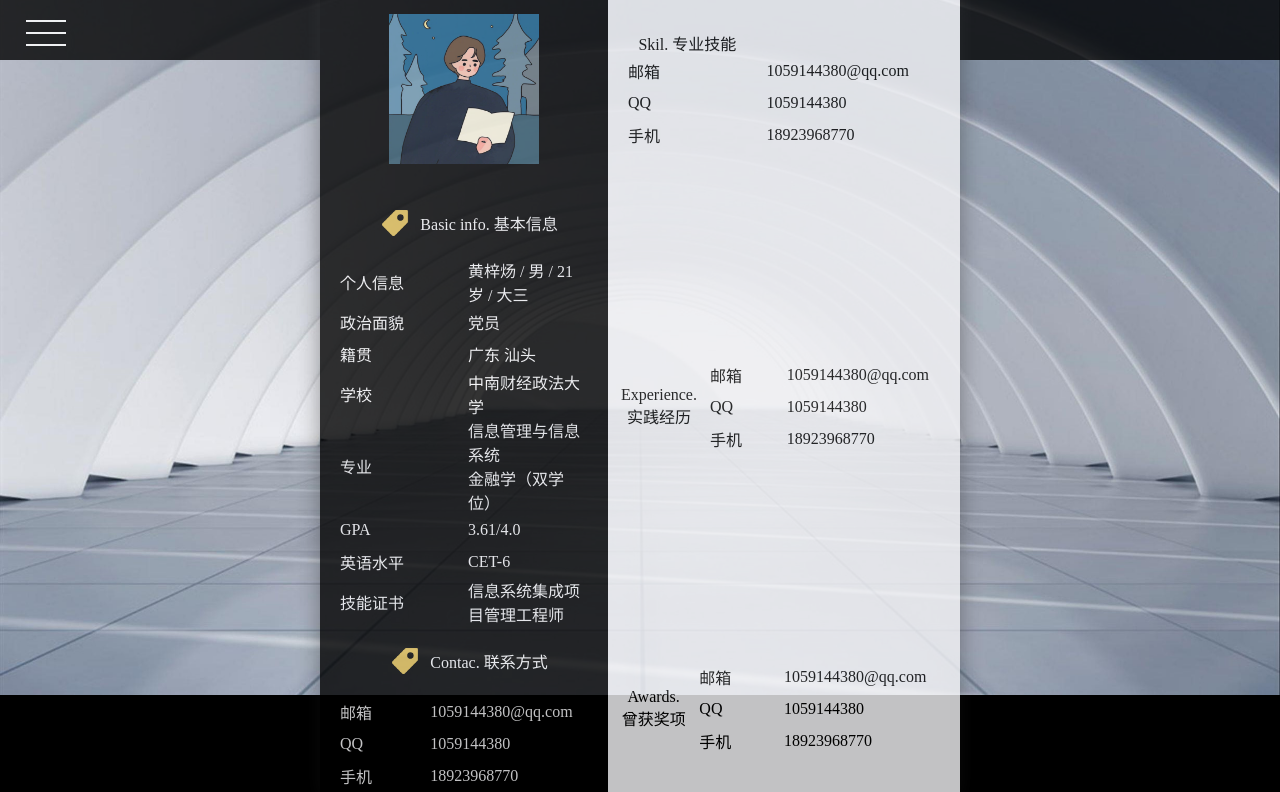
Repository: ustc-hzy/ziYang
Page: resume.html
The author's editor kept a copy of each file at every save. The page is drawn from the files as they stood at one save, then again after the next save.
The browser window is 1280 px wide. The pictures show the whole page.

Above is the page before, as saved 2020-06-18 17:09:16.

### resume.html
<!DOCTYPE html>
<html lang="en">
<head>
    <meta charset="UTF-8">
    <meta name="viewport" content="width=device-width, initial-scale=1.0">
    <link rel="stylesheet" href="css/style.css" type="text/css">
    <link rel="stylesheet" href="css/resume.css" type="text/css">
    <title>个人简历</title>
</head>
<body>
    <header>
        <!-- 主体内容 -->
        <div class="inner">
            <!-- 用于控制菜单栏开关 -->
            <input type="checkbox" id="ham">
            <!-- 菜单栏icon -->
            <label for="ham">
                <div class="hamburger-container">
                    <span></span>
                    <span></span>
                    <span></span>
                </div>
            </label>
            <!-- 菜单栏各项 -->
            <nav>
                <ul>
                    <li><a href="index.html">网站首页</a></li>
                    <li><a href="resume.html">个人简历</a></li>
                    <li><a href="album.html">旅行相册</a></li>
                    <li><a href="asset.html">PS作品集</a></li>
                    <li><a href="episode.html">剧集收藏</a></li>
                </ul>
            </nav>
            <!-- 打开菜单栏的遮罩 -->
            <div class="mask"></div>
        </div>

        <div class="content-container">
            <table>
                <caption class="table-title">个人简历</caption>
                <tr>
                    <td class="left-column" align="center">
                        <img src="img/user.png" width="150px">
                    </td>
                    <td class="right-column" align="center">
                        <table>
                            <caption class="small-table-title"><div>Skil. 专业技能</div></caption>
                            <tr>
                                <td>邮箱</td>
                                <td>1059144380@qq.com</td>
                            </tr>
                            <tr>
                                <td>QQ</td>
                                <td>1059144380</td>
                            </tr>
                            <tr>
                                <td>手机</td>
                                <td>18923968770</td>
                            </tr>
                        </table>
                    </td>
                </tr>
                <tr>
                    <td class="left-column" align="center">
                        <table>
                            <div class="small-table-title"><img src="img/label.png" width="30px"> <span>Basic info. 基本信息</span></div>
                            <tr>
                                <td>个人信息</td>
                                <td>黄梓炀 / 男 / 21岁 / 大三</td>
                            </tr>
                            <tr>
                                <td>政治面貌</td>
                                <td>党员</td>
                            </tr>
                            <tr>
                                <td>籍贯</td>
                                <td>广东 汕头</td>
                            </tr>
                            <tr>
                                <td>学校</td>
                                <td>中南财经政法大学</td>
                            </tr>
                            <tr>
                                <td>专业</td>
                                <td>
                                    <div>信息管理与信息系统</div>
                                    <div>金融学（双学位）</div>
                                </td>
                            </tr>
                            <tr>
                                <td>GPA</td>
                                <td>3.61/4.0</td>
                            </tr>
                            <tr>
                                <td>英语水平</td>
                                <td>CET-6</td>
                            </tr>
                            <tr>
                                <td>技能证书</td>
                                <td>信息系统集成项目管理工程师</td>
                            </tr>
                        </table>
                    </td>
                    <td class="right-column" align="center">
                        <table class="small-table-title">
                            <caption><div>Experience. 实践经历</div></caption>
                            <tr>
                                <td>邮箱</td>
                                <td>1059144380@qq.com</td>
                            </tr>
                            <tr>
                                <td>QQ</td>
                                <td>1059144380</td>
                            </tr>
                            <tr>
                                <td>手机</td>
                                <td>18923968770</td>
                            </tr>
                        </table>
                    </td>
                </tr>
                <tr>
                    <td class="left-column" align="center">
                        <table>
                            <div class="small-table-title"><img src="img/label.png" width="30px"> <span>Contac. 联系方式</span></div>
                            <tr>
                                <td>邮箱</td>
                                <td>1059144380@qq.com</td>
                            </tr>
                            <tr>
                                <td>QQ</td>
                                <td>1059144380</td>
                            </tr>
                            <tr>
                                <td>手机</td>
                                <td>18923968770</td>
                            </tr>
                        </table>
                    </td>
                    <td class="right-column" align="center">
                        <table class="small-table-title">
                            <caption><div>Awards. 曾获奖项</div></caption>
                            <tr>
                                <td>邮箱</td>
                                <td>1059144380@qq.com</td>
                            </tr>
                            <tr>
                                <td>QQ</td>
                                <td>1059144380</td>
                            </tr>
                            <tr>
                                <td>手机</td>
                                <td>18923968770</td>
                            </tr>
                        </table>
                    </td>
                </tr>
            </table>
        </div>
    </header>
</body>
</html>

### css/style.css
body {
    height: 100%;
    width: 100%;
    margin: 0 auto;
    padding: 0 0 ;
    background-color: #000000;
    background-image: url(../img/user_bg.jpg);
    background-repeat: no-repeat;
    background-size: cover;
    overflow: auto;
}
header{
    height: 60px;
    background-color: #000000;
    opacity: 0.8;
}
.inner{
    width: 96%;
    margin: auto;
}
#ham{
    display: none;
}
/* 当chexkbox选中时，改变第一条线 */
#ham:checked + label .hamburger-container span:nth-child(1){
    transform: rotate(45deg);
    top: 11px;
    transition: transform .3s ease-in-out, top .3s ease-in-out 3s;
}
/* 当chexkbox选中时，第二条线消失 */
#ham:checked + label .hamburger-container span:nth-child(2){
    opacity: 0;
}
/* 当chexkbox选中时，改变第三条线 */
#ham:checked + label .hamburger-container span:nth-child(3){
    transform: rotate(-45deg);
    top: -11px;
    transition: transform .3s ease-in-out, top .3s ease-in-out 3s;
}
.hamburger-container span:nth-child(2){
    margin-top: 10px;
    transition: opacity .1s ease-in-out .1s;
}
.hamburger-container span:nth-child(3){
    margin-top: 10px;
}
.hamburger-container{
    display: block;
    width: 40px;
    height: 40px;
    position: relative;
    top: 20px;
    z-index: 100;
}
.hamburger-container span{
    display: block;
    height: 2px;
    background-color: #fff;
    position: relative;
    transition: transform .3s ease-in-out, top .3s ease-in-out .3s;
}
nav{
    position: absolute;
    z-index: 100;
    color: #fff;
    top: 50px;
    transform: scaleY(0); /* 垂直方向缩小到0，即关闭 */
    transition: all .3s ease-in-out;
    transform-origin: 50% 0; /* 将中心点移到顶部 */
    opacity: 0; /* 渐入渐出效果 */
}
/* 当chexkbox选中时，展示nav */
#ham:checked ~ nav{
    transform: scaleY(1); /* 垂直方向扩大到1，即打开 */
    opacity: 1;
    transition: all .3s ease-in-out;
}
.mask {
    width: 100vw;
    height: 100vh;
    position: fixed;
    top: 0;
    left: 0;
    background: #000000;
    opacity: 0;
    z-index: 10; /* 防止遮住要显示的部分 */
    transform: scaleY(0);
    transform-origin: 50% 0;
    transition: all .3s ease-in-out;
}
#ham:checked ~ .mask{
    opacity: 1;
    transform: scaleY(1);
    transition: all .3s ease-in-out;
}
ul{
    position: relative;
    right: 40px;
    margin-top: 2em;
    list-style-type:none;
    font-size: 35px;
}
ul li{
    margin-top: 1em;
}
ul li:hover{
    transform: scale(1.2, 1.2); /* transform从元素中心开始变化，不会影响到其他元素 */
    /* background-color:  rgba(255,255,255,0.1);
    padding: 10px 20px; */
}
.name-container{
    position: absolute;
    top: 50%;
    left: 50%;
    transform: translate(-50%,-50%);
    z-index: 1;
    background-color: rgba(0,0,0,0.3); /* 此处使用opacity会让文字也变透明 */
    box-shadow: 0 5px 20px rgba(26,26,26,0.5);
}
.mid-name{
    color: #fff;
    font-size: 50px;
    border: 8px solid #fff;
    padding: 40px;
    text-align: center;
}
.mid-name .id{
    margin-top: 10px;
    font-size: 40px;
}
a{
    text-decoration: none;
    color: #ffffff;
}

### css/resume.css
.content-container{
    position: absolute;
    top: 50%;
    left: 50%;
    transform: translate(-50%,-50%);
    z-index: 1;
    box-shadow: 0 5px 20px rgba(26,26,26,0.5);
}
table{
    border-spacing: 0;
}
table tr td {
    width: 200px;
    height: 32px;
    border-width: 0px 1px 1px 0px;
    padding: 0px 10px;
}
.small-table-title{
    display: flex;
    flex-wrap: nowrap;
    align-items: center;
    justify-content: center;
}
.table-title{
    color: #ffffff;
    font-size: 32px;
    font-weight: bold;
    padding: 10px 0 ;
    background-color: #dbba53;
}
.left-column{
    width: 600px;
    background-color: #000000;
    color: #f3f3f5;
}
.right-column{
    width: 600px;
    background-color: #f3f3f5;
}
img{
    margin: 20px 10px;
}

After the next save:
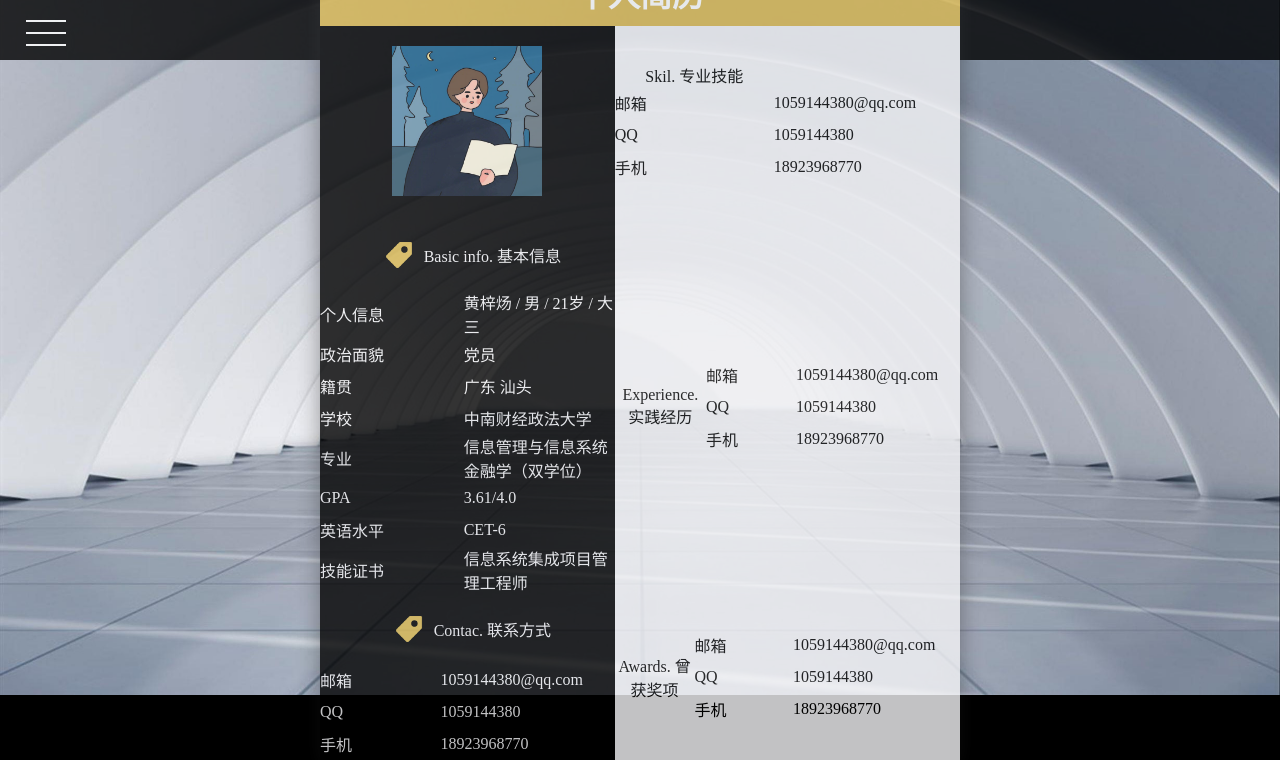
Saved 98 s later.
--- a/css/resume.css
+++ b/css/resume.css
@@ -13,7 +13,7 @@
     width: 200px;
     height: 32px;
     border-width: 0px 1px 1px 0px;
-    padding: 0px 10px;
+    padding: 0px 0px;
 }
 .small-table-title{
     display: flex;

After the save that followed:
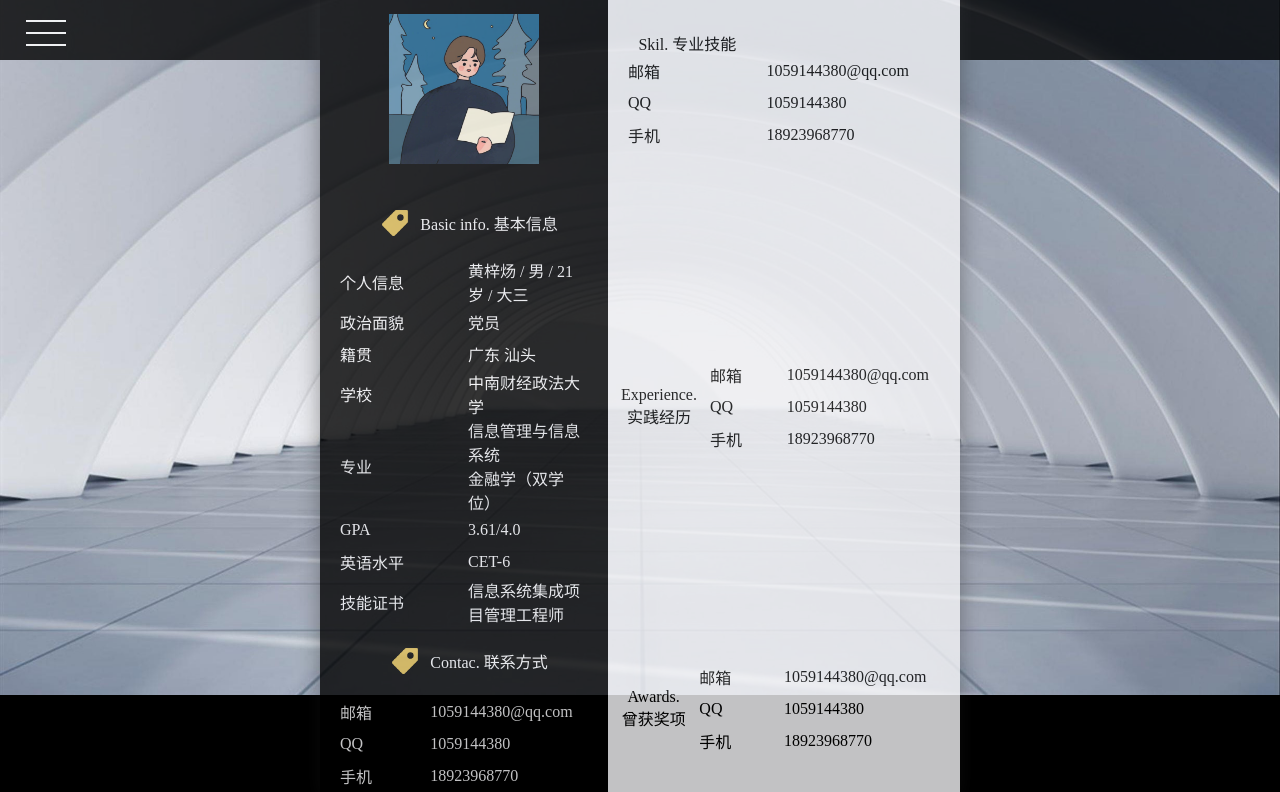
Saved 12 s later.
--- a/css/resume.css
+++ b/css/resume.css
@@ -13,7 +13,7 @@
     width: 200px;
     height: 32px;
     border-width: 0px 1px 1px 0px;
-    padding: 0px 0px;
+    padding: 0px 10px;
 }
 .small-table-title{
     display: flex;
